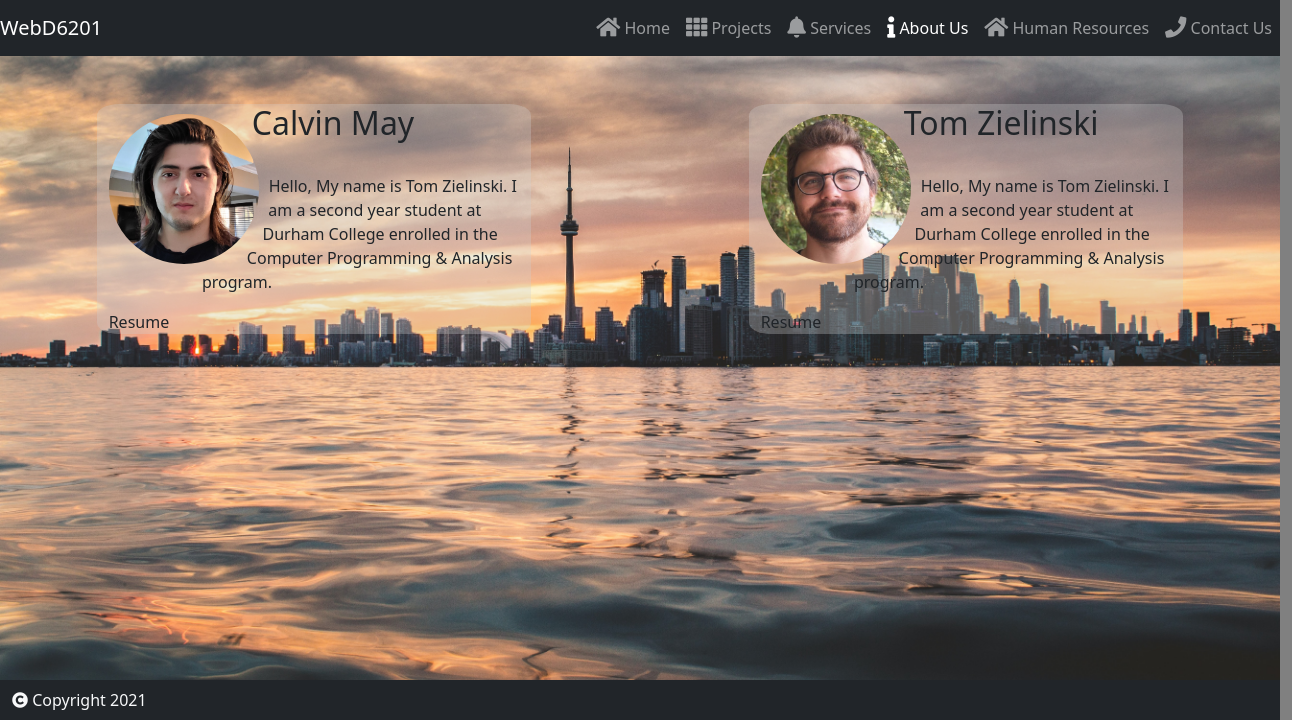
Repository: Tomelinski/Webd6201-Lab02
Page: about.html
These files come from the project's save history. The page is drawn as it stood at one moment and after the next save; the edit follows.
The browser window is 1280 px wide. The page is 1292 px wide, so the pictures cover 1292 px, including what lies to the right of the window. The pictures show the whole page.

Above is the page before, as saved 2021-02-05 19:00:12.

### about.html
<!-- Author(s): Tom Zielinski,
 *              Calvin May
 *
 *   Date: 02/02/2021 | Last Modified: 02/03/2021
 *   Document: about.html
 *   Description: ...
-->
<!DOCTYPE html>
<html lang="en">
<head>
    <meta charset="UTF-8">
    <meta name="viewport" content="width=device-width, initial-scale=1.0">
    <title>About</title>
    <!-- -->
    <link rel="stylesheet" href="./node_modules/bootstrap/dist/css/bootstrap.min.css">
    <link rel="stylesheet" href="./node_modules/@fortawesome/fontawesome-free/css/all.min.css">
    <link rel="stylesheet" href="./Content/app.css">

</head>
<body>
      <!-- Main header -->
      <header>
        <!-- Main Nav -->
          <nav class="navbar navbar-expand-lg navbar-dark bg-dark ">
              <a class="navbar-brand" href="./index.html">WebD6201</a>
              <button class="navbar-toggler" type="button" data-toggle="collapse" data-target="#navbarSupportedContent" aria-controls="navbarSupportedContent" aria-expanded="false" aria-label="Toggle navigation">
                <span class="navbar-toggler-icon"></span>
              </button>

              <div class="collapse navbar-collapse" id="navbarSupportedContent">
                <ul id="pageList" class="navbar-nav ms-auto mb-2 mb-lg-0">
                  <li class="nav-item ">
                    <a class="nav-link" aria-current="page" href="index.html"><i class="fas fa-home fa-lg"></i> Home</a>
                  </li>

                  <li class="nav-item">
                      <a id="projects" class="nav-link" aria-current="page" href="products.html"><i class="fas fa-th fa-lg"></i> Products</a>
                  </li>

                  <li class="nav-item">
                      <a class="nav-link" aria-current="page" href="services.html"><i class="fas fa-bell fa-lg"></i> Services</a>
                  </li>

                  <li class="nav-item">
                      <a class="nav-link active" aria-current="page" href="about.html"><i class="fas fa-info fa-lg"></i> About Us</a>
                  </li>

                  <li class="nav-item">
                      <a class="nav-link" aria-current="page" href="contact.html"><i class="fas fa-phone fa-lg"></i> Contact Us</a>
                  </li>
                </ul>
              </div>
            </nav>
      </header>

      <main>
        <div class="container"></div>
          <div class="row justify-content-around">
            <div id="about-calvin" class="col-4 mt-5 about-background">

            </div>
            <div id="about-tom" class="col-4 mt-5 about-background">

            </div>
          </div>
        </div>
      </main>

    <!-- Script section -->
    <script src="./node_modules/jquery/dist/jquery.min.js"></script>
    <script src="./node_modules/bootstrap/dist/js/bootstrap.bundle.min.js"></script>
    <script src="./Scripts/app.js"></script>
</body>

</html>

### Content/app.css
/* Author(s): Tom Zielinski,
 *              Calvin May
 *
 *   Date: 02/02/2021 | Last Modified: 02/03/2021
 *   Document: Services.html
 *   Description: ...
*/
/* Custom css page */
body{
    width:100vw;
    height:100vh;
    background: url("../Pictures/Toronto.jpg") no-repeat center center fixed;
    -webkit-background-size: cover;
    -moz-background-size: cover;
    -o-background-size: cover;
    background-size: cover;
    overflow-x: hidden;
    margin:0px;
    min-height:100%;
    background-color: gray;
}

.headshot-portrait{
    width: 150px;
    height: 150px;
    border-radius: 50%;
    float: left;
    shape-outside: circle();
    margin: 10px 10px 15px 0px;
}

.about-background{
    background: rgba(210, 210, 210, 0.3);
    border-radius: 5%;

}

### Scripts/app.js
/** Author(s): Tom Zielinski,
 *             Calvin May
 *
 *  Date: 02/02/2021 | Last Modified: 02/03/2021
 *  Document: app.js
 *  Description: ...
 */

/** Custom JavaScript Page */

/** IFFE Function */
(() => {

    // Declarations
    let mainContent = document.getElementsByTagName("main")[0]; // Holds the <main> element


    // First Fix the upper, lower navbars. Ensuring they display properly
    fixNavBars();

    /** Web Application Startup Functions */
    /** Start() - Lets the application know which content to load
     *          based on the title of the document.
    */
    function Start() {
        console.log("Web App Started.");``


        // A switch case used to figure out which page is being loaded.
        switch (document.title) {
            case "Home":
                displayHomePage();
                break;
            case "About":
                displayAboutPage();
                break;
            case "Contact":
                displayContactPage();
                break;
            case "Projects":
                displayProjectsPage();
                break;
            case "Services":
                displayServicesPage();
                break;
            case "Human Resources":
                displayHumanResourcesPage();
                break;
        }

    }

    /** Display Page Content Functions */
    /** displayHomePage() - Loads the Content for index.html */
    function displayHomePage() {

        let newParagraph = document.createElement("p");
        newParagraph.setAttribute("id", "paragraphOne");
        newParagraph.className = "fs-6 col col-md-4 mt-5 m-auto px-4 border border-dark border-4 rounded";
        newParagraph.textContent = "Welcome to Cavlin May's and Tom Zielinski's Webd6201 Lab01 webpage.";

        mainContent.appendChild(newParagraph);
    }

    /** displayAboutPage() - Loads the Content for about.html */
    function displayAboutPage() {

        // About Tom Content
        //-Create Elements for About Tom
        let aboutTomDiv = document.getElementById("about-tom");
        let tomHeading = document.createElement("h2");
        let pic = document.createElement("img");
        let aboutTom = document.createElement("p");
        let tomResume = document.createElement("a");

        // Set the Attributes, html, and Content for Toms Elements
        tomHeading.textContent = "Tom Zielinski";
        pic.setAttribute("src", "../Pictures/Tom.jpeg");
        pic.setAttribute("class", "headshot-portrait");
        pic.setAttribute("alt", "Headshot of Tom");
        aboutTom.innerHTML = `</br><p>Hello, My name is Tom Zielinski. I am a second year student at Durham College enrolled in the Computer Programming & Analysis program.</p>`;
        tomResume.textContent = "Resume";

        // Insert the Elements within the about-tom div
        aboutTomDiv.appendChild(pic);
        aboutTomDiv.appendChild(tomHeading);
        aboutTomDiv.appendChild(aboutTom);
        aboutTomDiv.appendChild(tomResume);

        // About Calvin Content
        //-Create Elements for About Calvin
        let aboutCalvinDiv = document.getElementById("about-calvin");
        let calvinHeading = document.createElement("h2");
        let calvinPortrait = document.createElement("img");
        let aboutCalvin = document.createElement("p");
        let calvinResume = document.createElement("a");

        // Set the Attributes, html, and Content for Toms Elements
        calvinHeading.textContent = "Calvin May";
        calvinPortrait.setAttribute("src", "../Pictures/Calvin.jpg");
        calvinPortrait.setAttribute("class", "headshot-portrait");
        calvinPortrait.setAttribute("alt", "Headshot of Tom");
        aboutCalvin.innerHTML = `</br><p>Hello, My name is Tom Zielinski. I am a second year student at Durham College enrolled in the Computer Programming & Analysis program.</p>`;
        calvinResume.textContent = "Resume";

        // Insert the Elements within the about-tom div
        aboutCalvinDiv.appendChild(calvinPortrait);
        aboutCalvinDiv.appendChild(calvinHeading);
        aboutCalvinDiv.appendChild(aboutCalvin);
        aboutCalvinDiv.appendChild(calvinResume);
    }

    /** displayContactPage() - Loads the Content for contact.html */
    function displayContactPage() {

    }

    /** displayProjectsPage() - Loads the Content for projects.html */
    function displayProjectsPage() {

    }

    /** displayServicesPage() - Loads the Content for services.html */
    function displayServicesPage() {

    }

    /** displayHumanResourcesPage() - Loads the Content for human_resources.html */
    function displayHumanResourcesPage() {


    }

    /**
     * fixNavBars() - This Function is used to finish creating the Header/Footer Navbars
     *              using DOM Manipulation and Injection. First it fixes the "Products"
     *              NavBar link to correctly show, "Projects" and link to the projects.html
     *              page. It also Insert a new NavBar link, "Human Recources" between
     *              "About us" and "Contact Us" links. Finally, it adds a footer to the
     *              bottom of the page.
     */
    function fixNavBars()
    {
        // Fix the "Products" Nav item
        let projectPageAnchor = document.getElementById("projects");    // Get the Nav item Anchor tag by id
        projectPageAnchor.setAttribute("href", "projects.html");        // Correctly set the Hypertext Reference attribute
        projectPageAnchor.innerHTML = "<i class=\"fas fa-th fa-lg\"></i> Projects"; // Correctly set the text to indicate a project page

        // Insert a Nav item for Human Resources
        let navBarItemList = document.getElementById("pageList");  // Get the <ul> holding the Page links
        let humanResourcesListItem = document.createElement("li"); // Create a new list Item
        humanResourcesListItem.setAttribute("class", "nav-item");  // Set the class of the list item to "nav-item"
        // Create the anchor that will exist within the humanResourcesListItem
        let hrListItemData = '<a class="nav-link" aria-current="page" ' +
                             'href="human_resources.html"><i class="fas fa-home fa-lg"></i> Human Resources</a>';
        // Set the innerHtml with the data above
        humanResourcesListItem.innerHTML = hrListItemData;
        // Insert the new listitem before the 8th child within the <ul>
        //-(8th because it counts both the <li> elements and the <a> elements within)
        navBarItemList.insertBefore(humanResourcesListItem, navBarItemList.childNodes[8]);


        // Insert a new footer NavBar
        let footerData = "";    // A variable to hold the html code for the footers navBar
        // Create the footer element
        let pageFooter = document.createElement("footer");
        // Insert the new footer element before the "next" sibling of <main>
        //-Reads as <body>.insertBefore(pageFooter, elementAfterMain)
        mainContent.parentNode.insertBefore(pageFooter, mainContent.nextSibling);

        footerData = '<nav class="navbar fixed-bottom navbar-dark bg-dark"> ' +
                     '<div class="container-fluid"> ' +
                     '<h7 class="text-light"><i class="fas fa-copyright text-light"></i> Copyright 2021</h7> ' +
                     '</div> ' +
                     '</nav> ';
        pageFooter.innerHTML = footerData;

    }

    // Add an event listener for the load event (Page load).
    //-Call the Start() function so that we can display page
    //-specific content
    window.addEventListener("load", Start);

})();

Loaded but not shown: node_modules/bootstrap/dist/css/bootstrap.min.css (library); node_modules/@fortawesome/fontawesome-free/css/all.min.css (library); node_modules/jquery/dist/jquery.min.js (library); node_modules/bootstrap/dist/js/bootstrap.bundle.min.js (library)

After the next save:
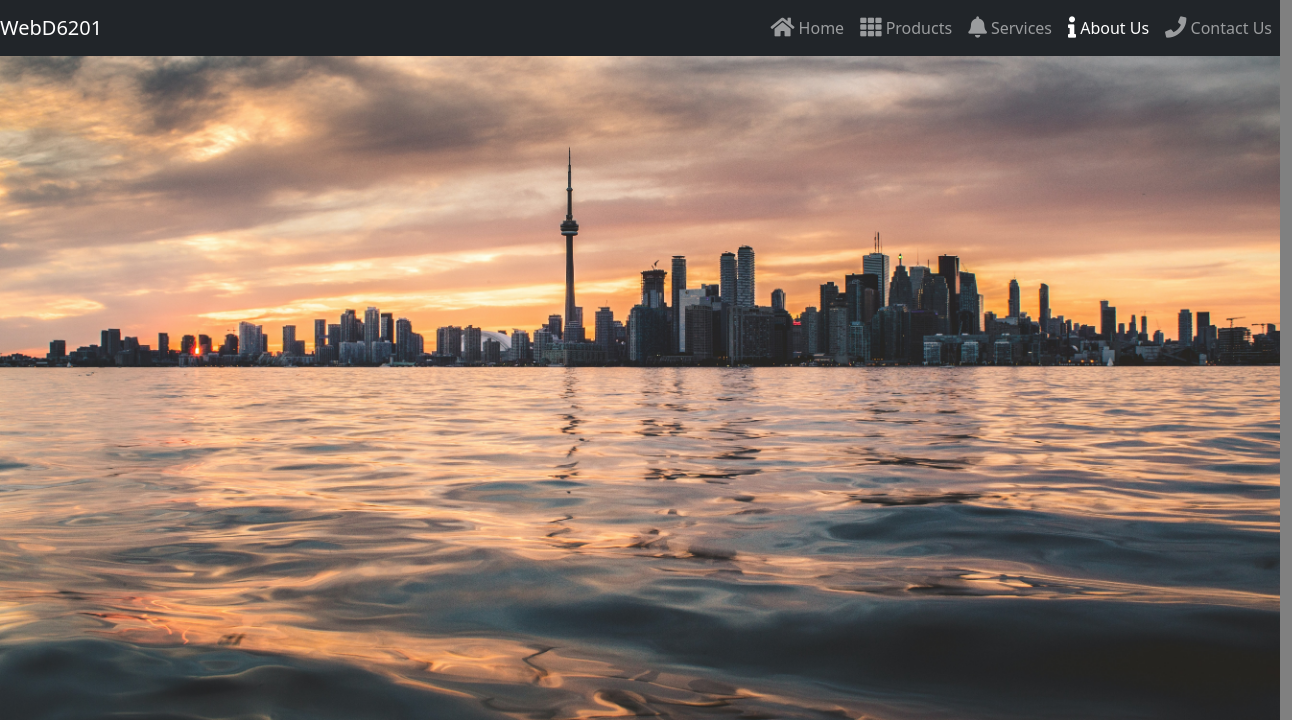
Console error: SyntaxError: missing ) after argument list
Saved 55 s later.
--- a/Scripts/app.js
+++ b/Scripts/app.js
@@ -101,6 +101,7 @@
         calvinPortrait.setAttribute("class", "headshot-portrait");
         calvinPortrait.setAttribute("alt", "Headshot of Tom");
         aboutCalvin.innerHTML = `</br><p>Hello, My name is Tom Zielinski. I am a second year student at Durham College enrolled in the Computer Programming & Analysis program.</p>`;
+        calvinResume.setAttribute("class" "bg-light");
         calvinResume.textContent = "Resume";
 
         // Insert the Elements within the about-tom div

After the save that followed:
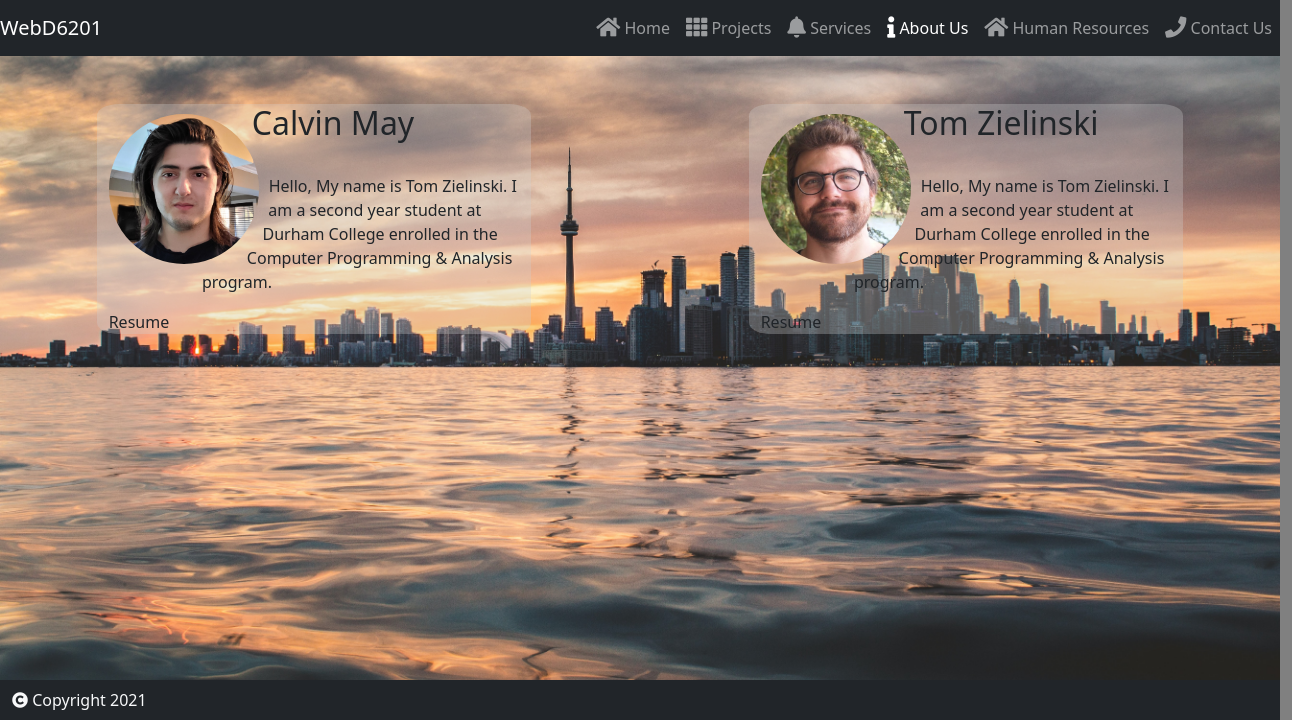
The error is gone.
Saved 3 min 47 s later.
--- a/Scripts/app.js
+++ b/Scripts/app.js
@@ -79,6 +79,7 @@
         pic.setAttribute("class", "headshot-portrait");
         pic.setAttribute("alt", "Headshot of Tom");
         aboutTom.innerHTML = `</br><p>Hello, My name is Tom Zielinski. I am a second year student at Durham College enrolled in the Computer Programming & Analysis program.</p>`;
+        tomResume.setAttribute("download", "./files/Tom_Resume.pdf");
         tomResume.textContent = "Resume";
 
         // Insert the Elements within the about-tom div
@@ -101,7 +102,6 @@
         calvinPortrait.setAttribute("class", "headshot-portrait");
         calvinPortrait.setAttribute("alt", "Headshot of Tom");
         aboutCalvin.innerHTML = `</br><p>Hello, My name is Tom Zielinski. I am a second year student at Durham College enrolled in the Computer Programming & Analysis program.</p>`;
-        calvinResume.setAttribute("class" "bg-light");
         calvinResume.textContent = "Resume";
 
         // Insert the Elements within the about-tom div
